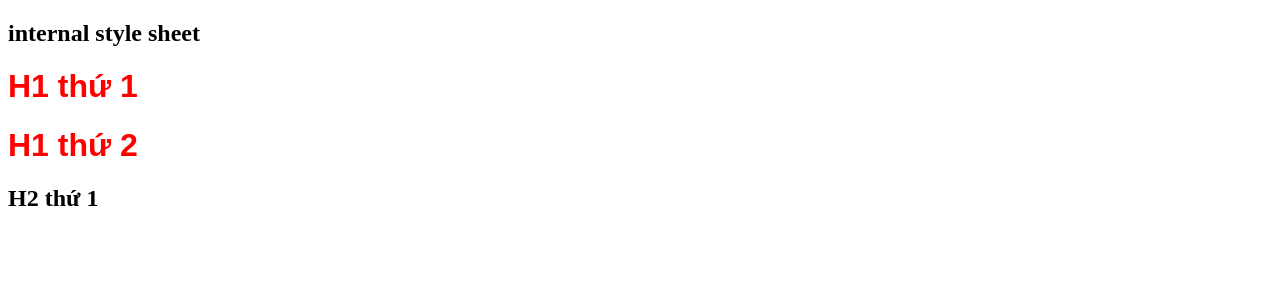
Repository: PhiKhongHoang/JSP-Servlet
Page: Bai3_CSS/src/main/webapp/vidu2.html
An editor plug-in stored every save of this project. The page is shown before and after the next save, followed by the edit.
The browser window is 1280 px wide. The pictures show the whole page.

Above is the page before, as saved 2024-02-16 12:17:03.

After the next save:
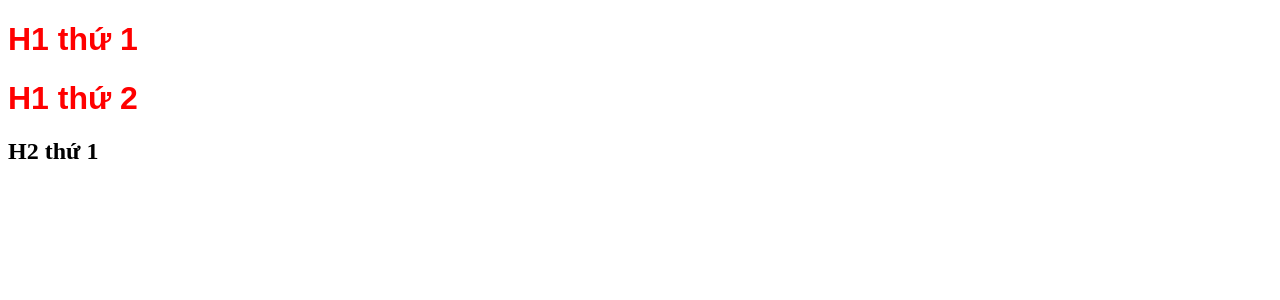
Saved 18 s later.
--- a/Bai3_CSS/src/main/webapp/vidu2.html
+++ b/Bai3_CSS/src/main/webapp/vidu2.html
@@ -12,7 +12,6 @@
 </head>
 <body>
 	<!-- internal style sheet -->
-	<h2>internal style sheet</h2>
 	<h1>H1 thứ 1</h1>
 	<h1>H1 thứ 2</h1>
 	<h2>H2 thứ 1</h2>
